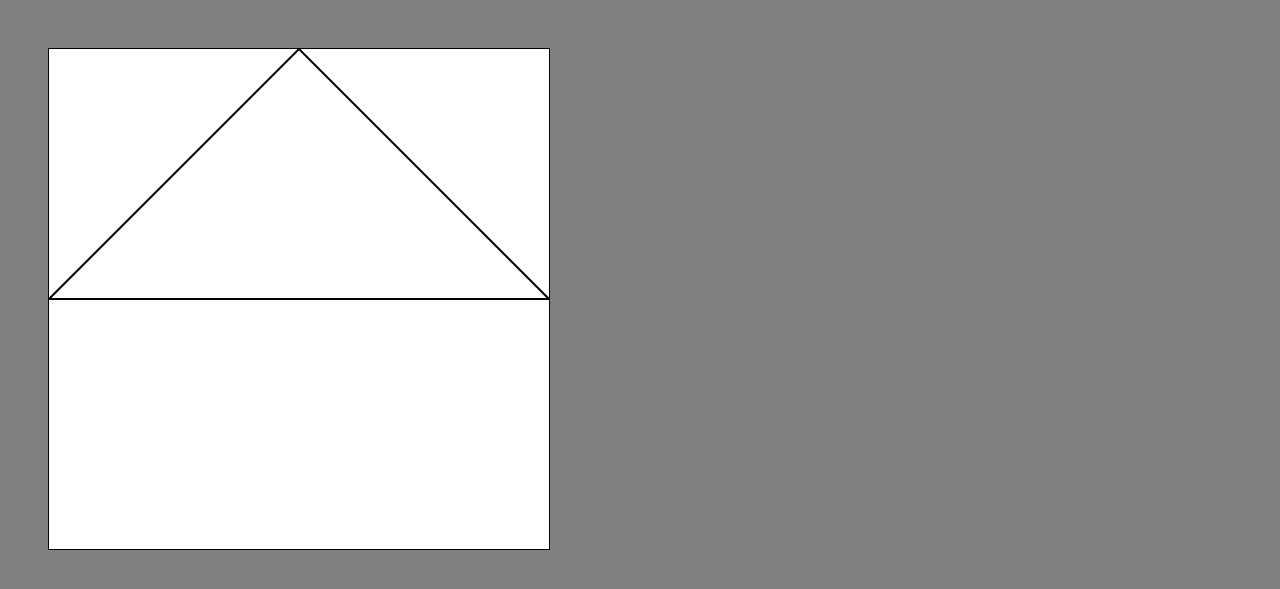
Repository: albinsabu2023/Stopwatch-program
Page: index.html
These files come from the project's save history. The page is drawn as it stood at one moment and after the next save; the edit follows.
The browser window is 1280 px wide. The pictures show the whole page.

Above is the page before, as saved 2023-03-03 22:10:23.

After the next save:
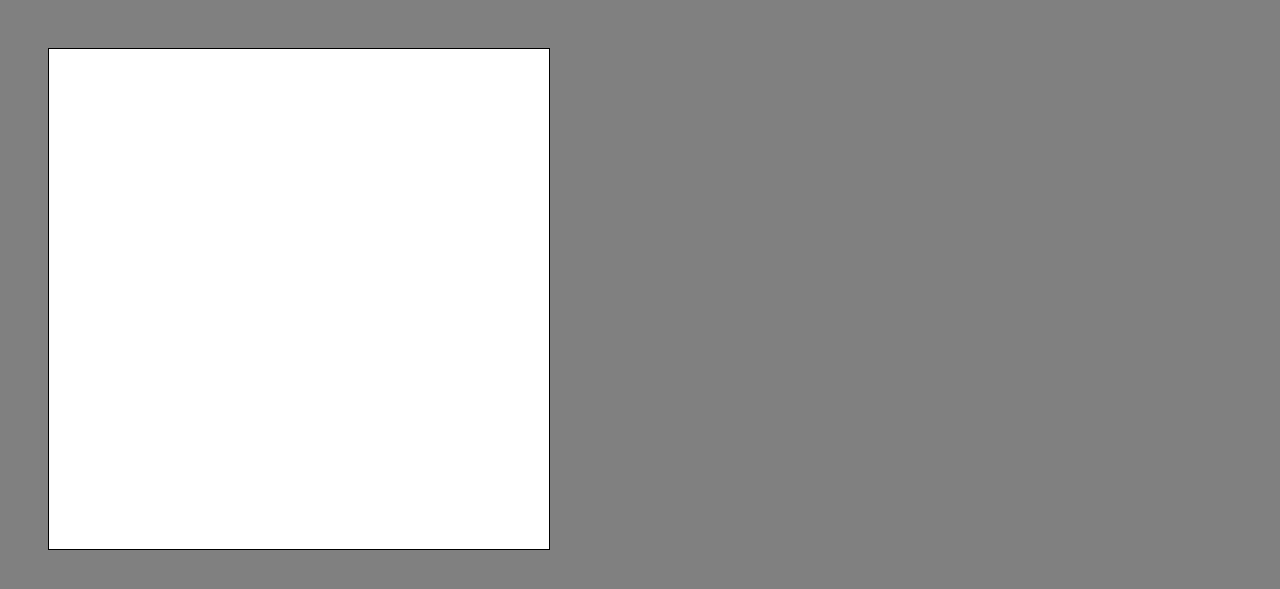
Console error: TypeError: context.fillStyle is not a function
Saved 7 s later.
--- a/index.js
+++ b/index.js
@@ -25,4 +25,5 @@
 context.lineTo(250, 250);
 context.lineTo(0, 250);
 context.fillStyle = "red";
+context.fillStyle();
 context.stroke();

After the 2 saves that followed:
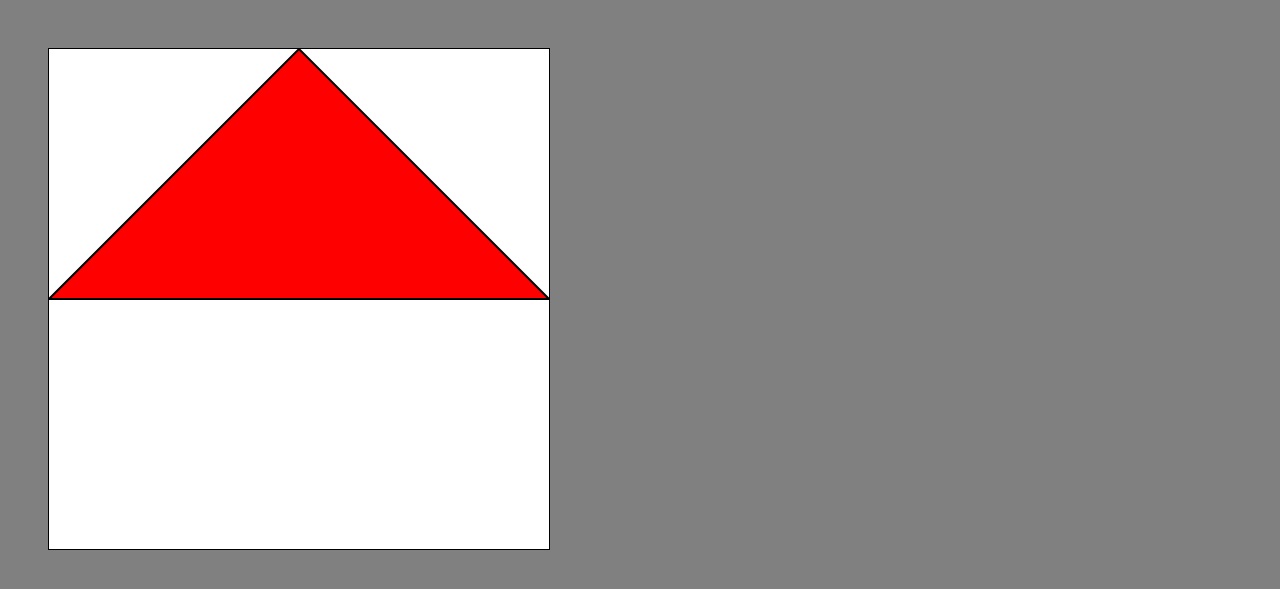
The error is gone.
The 2 saves are shown as one change because 1 left the picture as it was.
The last was saved 30 s later.
--- a/index.js
+++ b/index.js
@@ -25,5 +25,5 @@
 context.lineTo(250, 250);
 context.lineTo(0, 250);
 context.fillStyle = "red";
-context.fillStyle();
+context.fill();
 context.stroke();
